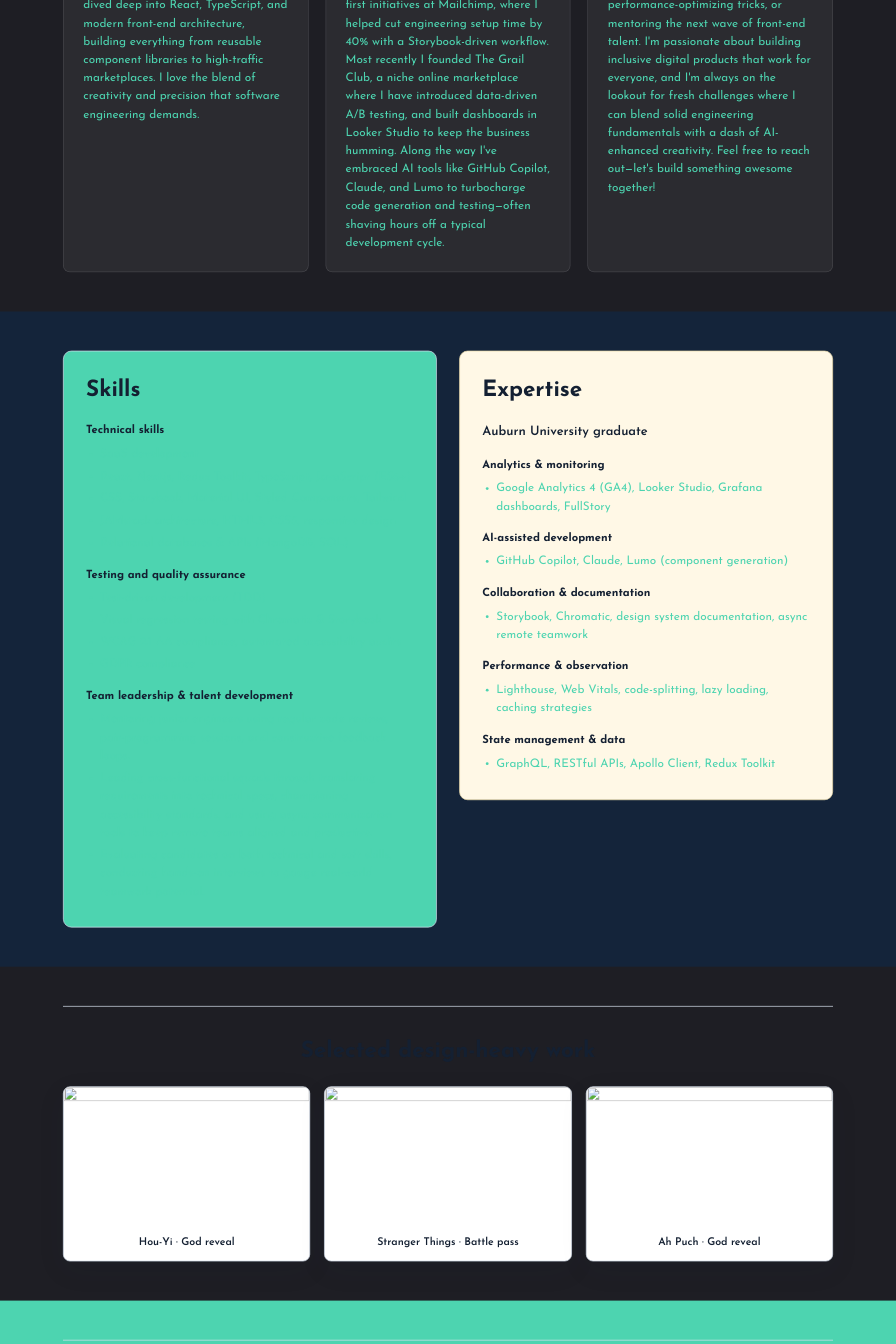
Repository: AlissaSPetty/alissa-petty-com
Page: /
The author's editor kept a copy of each file at every save. The page is drawn from the files as they stood at one save, then again after the next save.
The browser window is 1280 px wide. The pictures show the part of the page from y = 880 to 2800 px (the page is 4285 px tall), at 70% of full size.
The project was rebuilt for these pictures with package versions that can differ from the ones it lists, and the page was loaded fresh each time. Also part of the build but not shown: vite.config.ts, src/legal.css, src/pages/LegalPage.tsx.

Above is the page before, as saved 2026-05-03 18:08:08.

### index.html
<!doctype html>
<html lang="en">
  <head>
    <meta charset="UTF-8" />
    <link rel="icon" type="image/svg+xml" href="/favicon.svg" />
    <meta name="viewport" content="width=device-width, initial-scale=1.0" />
    <meta
      name="description"
      content="Alissa Petty — Senior Software Engineer. React, TypeScript, and modern web development. Atlanta area."
    />
    <meta
      name="keywords"
      content="Software Engineer, Web Developer, React, JavaScript, CV, Alissa Petty, Atlanta"
    />
    <title>Alissa Petty — Senior Software Engineer</title>
  </head>
  <body>
    <div id="root"></div>
    <script type="module" src="/src/main.tsx"></script>
  </body>
</html>

### src/index.css
@import url("https://fonts.googleapis.com/css2?family=Josefin+Sans:ital,wght@0,300;0,400;0,500;0,600;0,700;1,400&display=swap");

:root {
  --font-body: "Josefin Sans", system-ui, sans-serif;
  --bg: #1e1e24;
  --bg-muted: #4dd4b0;
  --surface: #ffffff;
  --navy: #1a2f4a;
  --navy-deep: #14243a;
  --primary: #f374ae;
  --primary-hover: #355a92;
  --accent-footer: #ffed66;
  --footer-text: #1e1e24;
  --yellow: #ffed66;
  --heading: #142032;
  --text: #3d4a5c;
  --text-on-dark: #4dd4b0;
  --link: #4dd4b0;
  --border: #d5deeb;
  --shadow: 0 12px 40px rgba(20, 36, 58, 0.08);
}

*,
*::before,
*::after {
  box-sizing: border-box;
}

html {
  scroll-behavior: smooth;
}

body {
  margin: 0;
  font-family: var(--font-body);
  font-size: 1.05rem;
  line-height: 1.55;
  color: var(--text-on-dark);
  background: var(--bg);
  color: var(--text-on-dark);
}

#root {
  min-height: 100vh;
}

.visually-hidden {
  position: absolute;
  width: 1px;
  height: 1px;
  padding: 0;
  margin: -1px;
  overflow: hidden;
  clip: rect(0, 0, 0, 0);
  white-space: nowrap;
  border: 0;
}

.skip-link {
  position: absolute;
  left: -9999px;
  top: 0.75rem;
  z-index: 100;
  padding: 0.5rem 1rem;
  background: var(--navy);
  color: var(--text-on-dark);
  font-weight: 600;
  text-decoration: none;
  border-radius: 4px;
}

.skip-link:focus {
  left: 0.75rem;
}

a {
  color: var(--link);
}

.container {
  width: min(1100px, 100% - 2rem);
  margin-inline: auto;
}

/* Hero */
.hero {
  background: #0c3444;
  padding: 15rem 0 4rem;
  @media (max-width: 1200px) {
    padding: 5rem 0 4rem;
  }
}

.hero-inner {
  width: min(1100px, 100% - 2rem);
  margin-inline: auto;
  display: flex;
  flex-wrap: wrap;
  align-items: center;
  gap: 2.5rem;
  justify-content: space-between;
}

.hero-copy {
  flex: 1 1 320px;
  max-width: 640px;
}

.hero-copy h1 {
  margin: 0 0 1rem;
  font-size: clamp(1.85rem, 4vw, 2.75rem);
  font-weight: 700;
  color: (--text-on-dark);
  line-height: 1.15;
}

.lead {
  margin: 0 0 1.75rem;
  font-size: 1.08rem;
  color: var(--yellow);
}

.hero-actions {
  display: flex;
  flex-wrap: wrap;
  gap: 1rem;
  margin-bottom: 1.5rem;
}

.btn {
  display: inline-flex;
  align-items: center;
  justify-content: center;
  min-width: 10rem;
  padding: 0.65rem 1.35rem;
  font-family: inherit;
  font-size: 0.95rem;
  font-weight: 600;
  letter-spacing: 0.04em;
  text-transform: uppercase;
  text-decoration: none;
  border-radius: 4px;
  border: 2px solid transparent;
  cursor: pointer;
  transition:
    background 0.2s,
    color 0.2s,
    border-color 0.2s;
}

.btn:focus-visible {
  outline: 3px solid #f4d35e;
  outline-offset: 2px;
}

.btn-primary {
  background: var(--primary);
  color: #fff;
  border-color: var(--primary);
}

.btn-primary:hover {
  background: var(--primary-hover);
  border-color: var(--primary-hover);
}

.btn-outline {
  background: transparent;
  color: #fff;
  border-color: var(--primary);
}

.btn-outline:hover {
  background: rgba(42, 74, 122, 0.08);
}

.btn-block {
  width: 100%;
  min-width: unset;
}

.hero-social {
  display: flex;
  gap: 1rem;
}

.hero-social a {
  display: flex;
  color: var(--navy);
  padding: 0.35rem;
  border-radius: 6px;
}

.hero-social a:hover {
  background: rgba(26, 47, 74, 0.08);
}

.social-svg {
  width: 28px;
  height: 28px;
}

.hero-photo {
  margin: 0;
  flex: 0 1 280px;
  text-align: center;
}

.hero-photo img {
  width: min(50vw, 280px);
  max-width: 100%;
  height: auto;
  border-radius: 12px;
  box-shadow: var(--shadow);
  object-fit: cover;
  aspect-ratio: 1;
}

@media (max-width: 768px) {
  .hero-inner {
    flex-direction: column-reverse;
    text-align: center;
  }

  .hero-actions {
    justify-content: center;
  }

  .hero-social {
    justify-content: center;
  }

  .btn {
    width: 100%;
    min-width: unset;
  }
}

/* Sections */
.section {
  padding: 3.5rem 0;
}

.section--dark {
  background: var(--bg);
  color: var(--text-on-dark);
}

.section--muted {
  background: var(--bg-muted);
  color: var(--text-on-dark);
}

.section--skills {
  background: var(--navy-deep);
  color: var(--text-on-dark);
}

.section--cta {
  background: linear-gradient(180deg, var(--primary) 0%, var(--navy) 100%);
  color: var(--text-on-dark);
}

.section-title {
  margin: 0 0 1.5rem;
  font-size: clamp(1.5rem, 3vw, 2rem);
  font-weight: 700;
  text-align: center;
  color: var(--heading);
}

.section-title--on-dark,
.section-title--on-primary {
  color: #fff;
}

.about-grid {
  display: grid;
  grid-template-columns: repeat(3, 1fr);
  gap: 1.5rem;
}

@media (max-width: 900px) {
  .about-grid {
    grid-template-columns: 1fr;
  }
}

.card {
  background: var(--surface);
  border-radius: 10px;
  padding: 1.75rem;
  box-shadow: var(--shadow);
}

.card--about {
  background: rgba(255, 255, 255, 0.06);
  border: 1px solid rgba(255, 255, 255, 0.12);
  color: var(--text-on-dark);
  box-shadow: none;
}

.card--about h3 {
  margin: 0 0 0.75rem;
  font-size: 1.35rem;
  color: #fff;
}

.card--about p {
  margin: 0;
}

.skills-layout {
  display: grid;
  grid-template-columns: 1fr 1fr;
  gap: 2rem;
  align-items: start;
}

@media (max-width: 900px) {
  .skills-layout {
    grid-template-columns: 1fr;
  }
}

.skills-panel {
  background: var(--bg-muted);
  border: 1px solid var(--border);
  border-radius: 12px;
  padding: 2rem;
  color: var(--text-on-dark);
}

.skills-panel--accent {
  background: #fff8e6;
  border-color: #e8d9a8;
}

.skills-panel h2 {
  text-align: left;
  margin-bottom: 1.25rem;
}

.skills-panel h4 {
  margin: 1.25rem 0 0.5rem;
  font-size: 1rem;
  font-weight: 700;
  color: var(--heading);
  text-transform: none;
}

.skills-panel ul {
  margin: 0;
  padding-left: 1.25rem;
}

.skills-panel li {
  margin-bottom: 0.35rem;
}

.degree {
  margin: 0 0 1rem;
  font-size: 1.15rem;
  font-weight: 600;
  color: var(--heading);
}

.divider {
  border: none;
  border-top: 1px solid var(--border);
  margin: 0 0 2.5rem;
}

.divider--on-primary {
  border-top-color: rgba(255, 255, 255, 0.25);
}

.work-grid {
  display: grid;
  grid-template-columns: repeat(3, 1fr);
  gap: 1.25rem;
}

@media (max-width: 900px) {
  .work-grid {
    grid-template-columns: 1fr;
  }
}

.work-grid figure {
  margin: 0;
  background: var(--surface);
  border-radius: 10px;
  overflow: hidden;
  border: 1px solid var(--border);
  box-shadow: var(--shadow);
}

.work-grid img {
  display: block;
  width: 100%;
  height: auto;
  aspect-ratio: 16 / 9;
  object-fit: cover;
}

.work-grid figcaption {
  padding: 0.85rem 1rem;
  font-weight: 600;
  text-align: center;
  color: var(--heading);
  font-size: 0.95rem;
}

.pub-grid {
  display: grid;
  grid-template-columns: 1fr 1fr;
  gap: 2rem;
}

@media (max-width: 768px) {
  .pub-grid {
    grid-template-columns: 1fr;
  }
}

.pub-card {
  background: var(--surface);
  border-radius: 12px;
  padding: 2rem;
  border: 1px solid var(--border);
  text-align: center;
  box-shadow: var(--shadow);
}

.pub-card h3 {
  margin: 0 0 1rem;
  font-size: 1.15rem;
  font-weight: 600;
  color: var(--heading);
  line-height: 1.35;
}

.pub-logo {
  display: block;
  margin: 0 auto 1.25rem;
  max-width: 100%;
  height: auto;
}

.cta-lead {
  text-align: center;
  max-width: 640px;
  margin: 0 auto 2.5rem;
  font-size: 1.05rem;
  opacity: 0.95;
}

.services-grid {
  display: grid;
  grid-template-columns: repeat(3, 1fr);
  gap: 1.5rem;
}

@media (max-width: 900px) {
  .services-grid {
    grid-template-columns: 1fr;
  }
}

.card--service {
  background: rgba(255, 255, 255, 0.08);
  border: 1px solid rgba(255, 255, 255, 0.2);
  color: var(--text-on-dark);
  box-shadow: none;
}

.card--service h3 {
  margin: 0 0 0.75rem;
  color: #fff;
  font-size: 1.25rem;
}

.card--service p {
  margin: 0;
}

/* Footer */
.site-footer {
  background: var(--accent-footer);
  color: var(--footer-text);
  padding: 3rem 0;
  text-align: center;
}

.footer-inner {
  display: flex;
  flex-direction: column;
  align-items: center;
  gap: 1rem;
}

.footer-name {
  margin: 0;
  font-size: clamp(1.75rem, 4vw, 2.5rem);
  font-weight: 700;
  color: var(--footer-text);
}

.footer-social {
  display: flex;
  gap: 1rem;
}

.footer-social a {
  color: var(--footer-text);
  padding: 0.35rem;
  border-radius: 6px;
}

.footer-social a:hover {
  background: rgba(26, 35, 50, 0.1);
}

.social-svg--footer {
  width: 32px;
  height: 32px;
}

.footer-copy,
.footer-legal {
  margin: 0;
  font-size: 0.95rem;
}

.footer-legal a {
  color: var(--footer-text);
  font-weight: 600;
  text-decoration: none;
}

.footer-legal a:hover {
  text-decoration: underline;
}

### src/App.tsx
import { Route, Routes } from 'react-router-dom'
import { Home } from './pages/Home'
import { LegalPage } from './pages/LegalPage'

export default function App() {
  return (
    <Routes>
      <Route path="/" element={<Home />} />
      <Route
        path="/privacy"
        element={
          <LegalPage title="Privacy policy">
            <p>
              This is a placeholder privacy policy for the rebuilt portfolio site.
              Replace this text with your real policy before publishing.
            </p>
            <p>
              If you have questions, contact{' '}
              <a href="mailto:alissa@petty.io">alissa@petty.io</a>.
            </p>
          </LegalPage>
        }
      />
      <Route
        path="/legal-notice"
        element={
          <LegalPage title="Legal notice">
            <p>
              This is a placeholder legal notice / imprint for the rebuilt portfolio
              site. Replace with jurisdiction-appropriate legal text before publishing.
            </p>
            <p>
              Contact: <a href="mailto:alissa@petty.io">alissa@petty.io</a>
            </p>
          </LegalPage>
        }
      />
    </Routes>
  )
}

### src/components/Icons.tsx
export function IconGitHub({ className }: { className?: string }) {
  return (
    <svg
      className={className}
      xmlns="http://www.w3.org/2000/svg"
      viewBox="0 0 24 24"
      aria-hidden
      focusable="false"
    >
      <path
        fill="currentColor"
        d="M12 2C6.48 2 2 6.58 2 12.26c0 4.52 2.87 8.35 6.84 9.69.5.1.68-.22.68-.48 0-.24-.01-.87-.01-1.7-2.78.62-3.37-1.37-3.37-1.37-.45-1.18-1.1-1.5-1.1-1.5-.9-.63.07-.62.07-.62 1 .07 1.53 1.05 1.53 1.05.89 1.56 2.34 1.11 2.91.85.09-.67.35-1.11.63-1.37-2.22-.26-4.56-1.14-4.56-5.07 0-1.12.39-2.03 1.03-2.75-.1-.26-.45-1.3.1-2.71 0 0 .84-.28 2.75 1.05A9.38 9.38 0 0 1 12 6.84c.85.004 1.71.12 2.51.35 1.91-1.33 2.75-1.05 2.75-1.05.55 1.41.2 2.45.1 2.71.64.72 1.03 1.63 1.03 2.75 0 3.94-2.34 4.81-4.57 5.06.36.32.68.94.68 1.9 0 1.37-.01 2.47-.01 2.8 0 .27.18.59.69.48A10.01 10.01 0 0 0 22 12.26C22 6.58 17.52 2 12 2Z"
      />
    </svg>
  )
}

export function IconLinkedIn({ className }: { className?: string }) {
  return (
    <svg
      className={className}
      xmlns="http://www.w3.org/2000/svg"
      viewBox="0 0 24 24"
      aria-hidden
      focusable="false"
    >
      <path
        fill="currentColor"
        d="M4.98 3.5C4.98 4.88 3.86 6 2.5 6S0 4.88 0 3.5 1.12 1 2.5 1s2.48 1.12 2.48 2.5ZM.5 8h4V23H.5V8Zm7.5 0h3.84v2.05h.05c.53-1 1.84-2.05 3.79-2.05 4.05 0 4.8 2.67 4.8 6.13V23h-4v-6.35c0-1.52-.03-3.48-2.12-3.48-2.12 0-2.44 1.65-2.44 3.36V23h-4V8Z"
      />
    </svg>
  )
}

Loaded but not shown: src/main.tsx (common file); src/pages/Home.tsx (310 lines, source omitted)

After the next save:
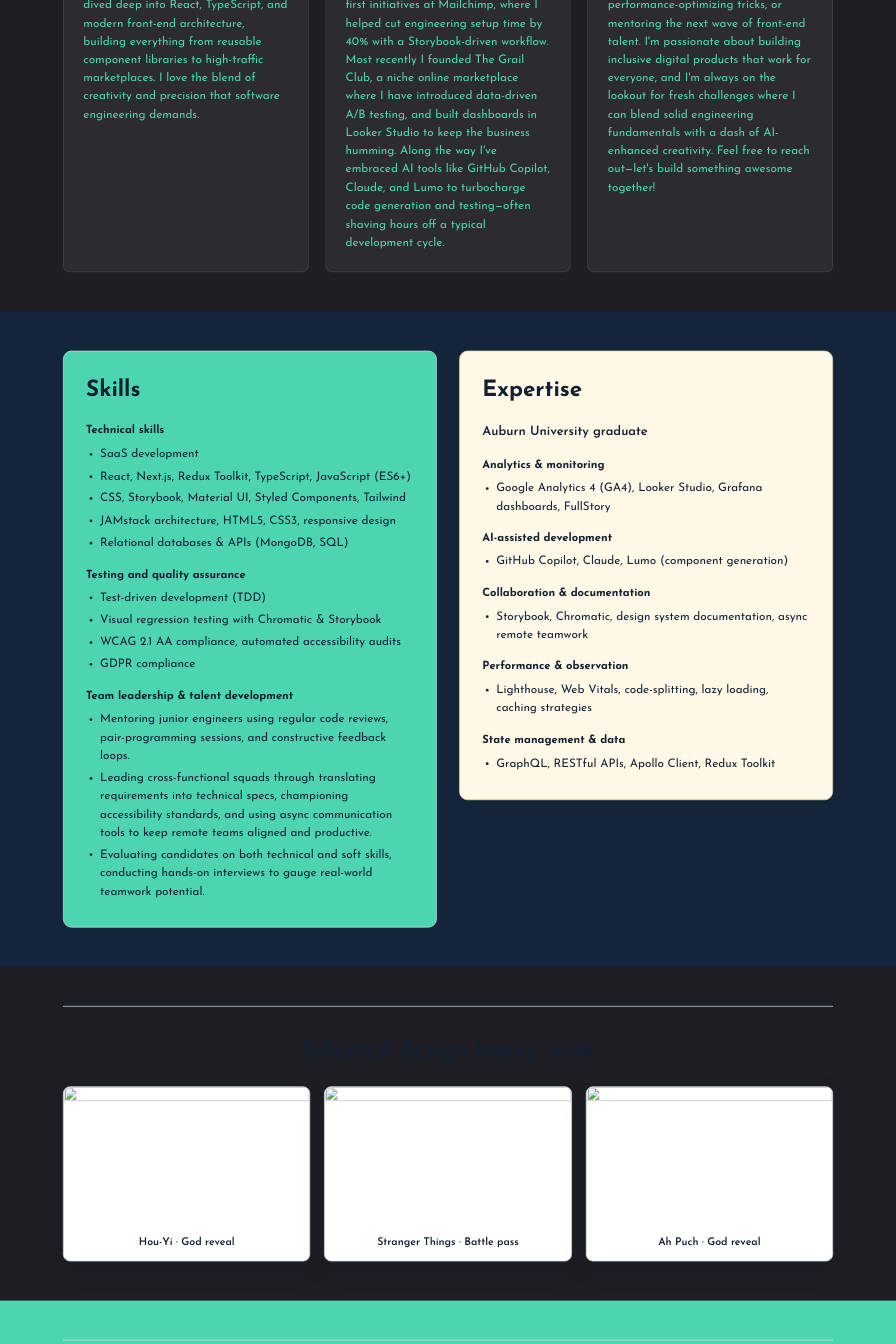
Saved 13 s later.
--- a/src/index.css
+++ b/src/index.css
@@ -328,7 +328,7 @@
   border: 1px solid var(--border);
   border-radius: 12px;
   padding: 2rem;
-  color: var(--text-on-dark);
+  color: var(--navy-deep);
 }
 
 .skills-panel--accent {
